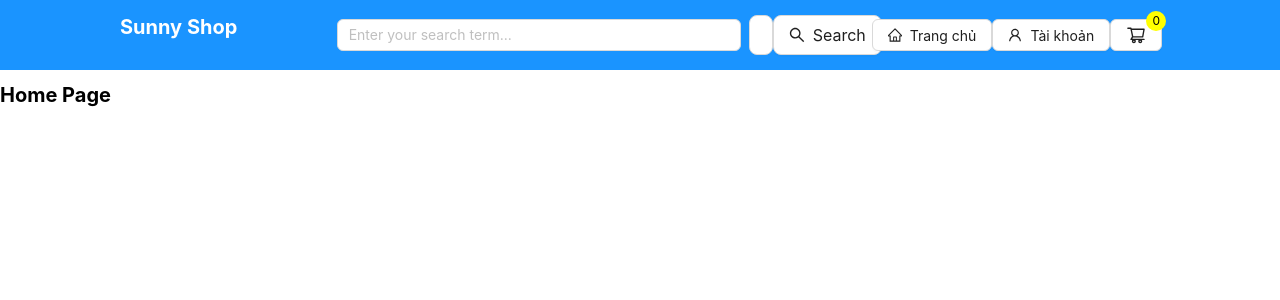
Repository: manhhieu120499/E-Commerce
Page: /
These files come from the project's save history. The page is drawn as it stood at one moment and after the next save; the edit follows.
The browser window is 1280 px wide. The pictures show the whole page.
The project was rebuilt for these pictures with package versions that can differ from the ones it lists, and the page was loaded fresh each time. Also part of the build but not shown: src/pages/product/Product.js, src/pages/order/Order.js, src/pages/notFound/NotFound.js, src/layouts/NormalLayout/NormalLayout.js.

Above is the page before, as saved 2025-01-01 12:22:03.

After the next save:
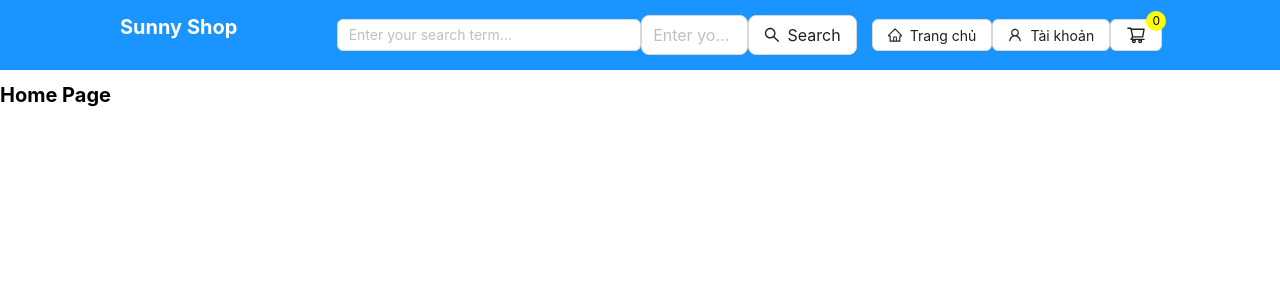
Saved 24 s later.
--- a/src/components/ButtonInputSearch/ButtonInputSearchStyle.js
+++ b/src/components/ButtonInputSearch/ButtonInputSearchStyle.js
@@ -1,9 +1,6 @@
 import styled from "styled-components";
 
 export const WrapperButtonInputSearch = styled.div`
-  width: 100px;
-  height: 100%;
-  padding: 0 8px;
   display: flex;
   align-items: center;
   justify-content: space-around;
